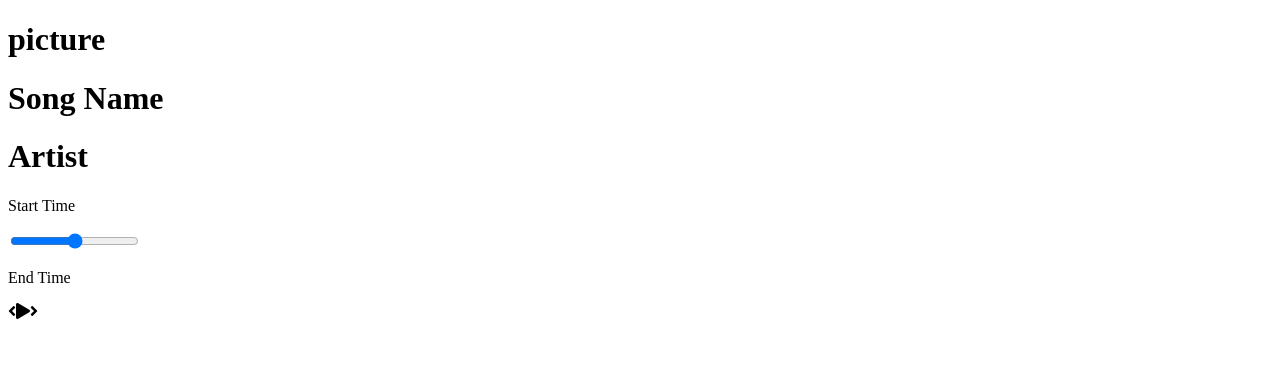
Repository: Elue-dev/music-app
Page: /
The author's editor kept a copy of each file at every save. The page is drawn from the files as they stood at one save, then again after the next save.
The browser window is 1280 px wide. The pictures show the whole page.
The project was rebuilt for these pictures with package versions that can differ from the ones it lists, and the page was loaded fresh each time.

Above is the page before, as saved 2020-11-08 13:23:24.

### src/App.js
import React from 'react';
// adding components
import Player from './components/Player';
import Song from './components/Song'


function App() {
  return (
    <div className="App">
   <Song />
   <Player />
    </div>
  );
}

export default App;

### src/components/Player.js
import React from 'react';
import {FontAwesomeIcon } from '@fortawesome/react-fontawesome';
import { faPlay, faAngleLeft, faAngleRight } from '@fortawesome/free-solid-svg-icons';


const Player = () => {
    return (
        <div className="player">
          <div className="time-control">
              <p>Start Time</p>
              <input type="range" />
              <p>End Time</p>
          </div>
          <div className="play-control">
              <FontAwesomeIcon className="skip-back" icon={faAngleLeft} />

              <FontAwesomeIcon className="play" icon={faPlay} />

              <FontAwesomeIcon className="skip-forward" icon={faAngleRight} />

          </div>
        </div>
    )
}


export default Player

### src/components/Song.js
import React from 'react';


const Song = () => {
    return (
        <div className="song-container">
          <h1>picture</h1>
          <h1>Song Name</h1>
          <h1>Artist</h1>
        </div>
    )
}


export default Song

Loaded but not shown: src/index.js (common file); src/reportWebVitals.js (common file)

After the next save:
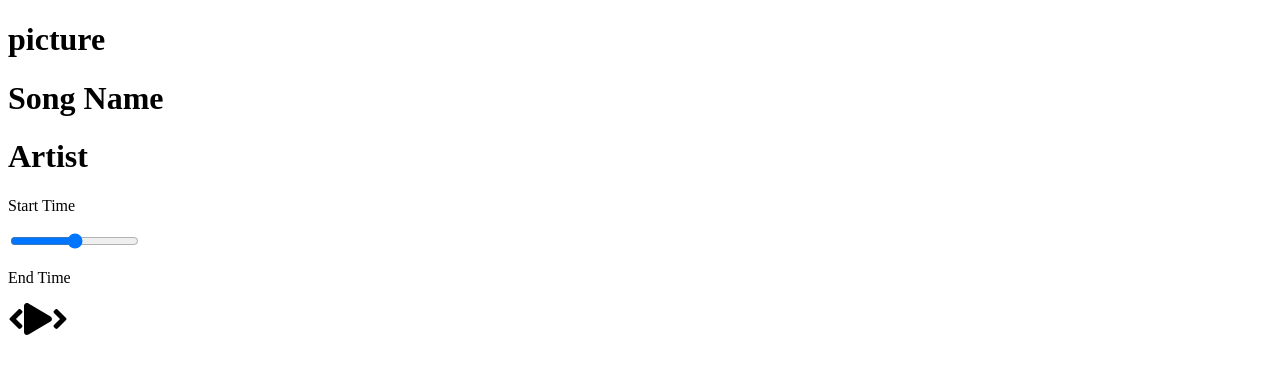
Saved 96 s later.
--- a/src/components/Player.js
+++ b/src/components/Player.js
@@ -12,11 +12,11 @@ const Player = () => {
               <p>End Time</p>
           </div>
           <div className="play-control">
-              <FontAwesomeIcon className="skip-back" icon={faAngleLeft} />
+              <FontAwesomeIcon className="skip-back" size="2x" icon={faAngleLeft} />
 
-              <FontAwesomeIcon className="play" icon={faPlay} />
+              <FontAwesomeIcon className="play" size="2x" icon={faPlay} />
 
-              <FontAwesomeIcon className="skip-forward" icon={faAngleRight} />
+              <FontAwesomeIcon className="skip-forward"size="2x" icon={faAngleRight} />
 
           </div>
         </div>
